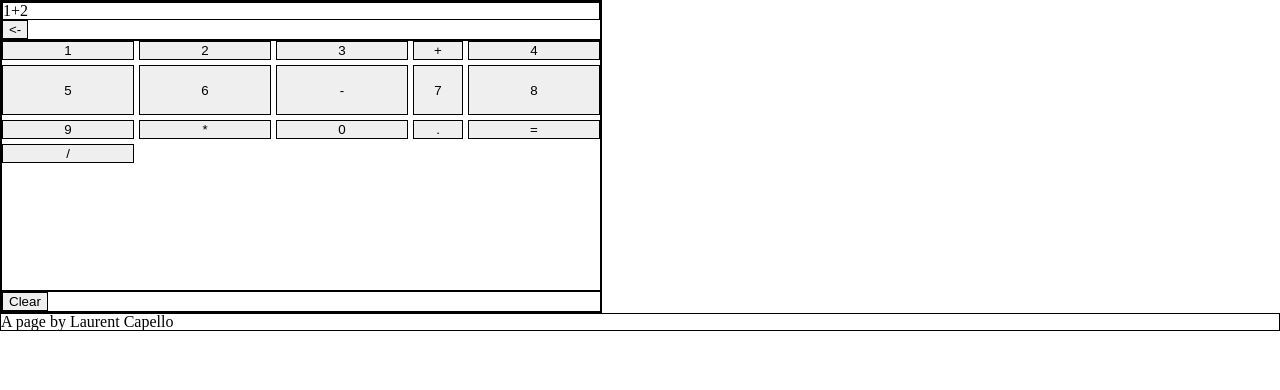
Repository: sokafootball/js-calculator
Page: index.html
The author's editor kept a copy of each file at every save. The page is drawn from the files as they stood at one save, then again after the next save.
The browser window is 1280 px wide. The pictures show the whole page.

Above is the page before, as saved 2020-04-25 11:32:08.

After the next save:
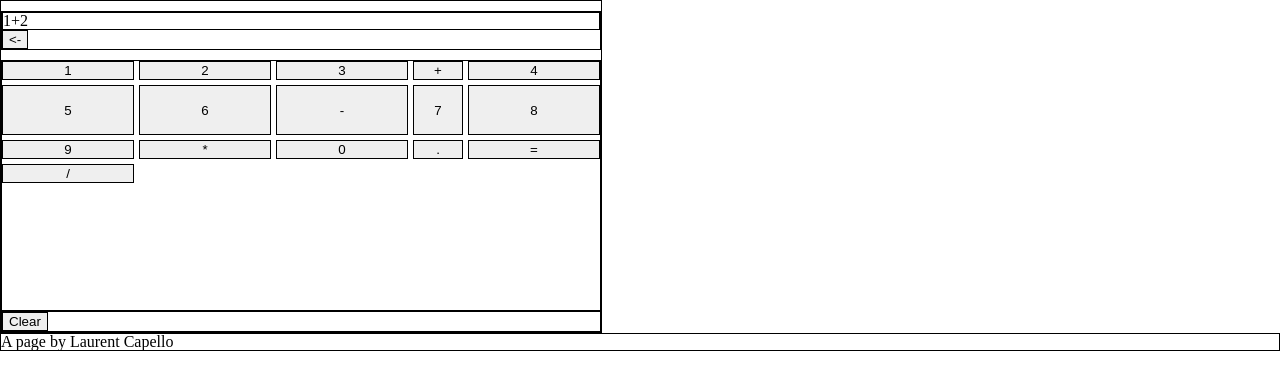
Saved 72 s later.
--- a/style.css
+++ b/style.css
@@ -1,5 +1,9 @@
 #backspace{
   grid-area: backspace;
+}
+
+#calc-top{
+  margin: 10px 0px;
 }
 
 #display{
